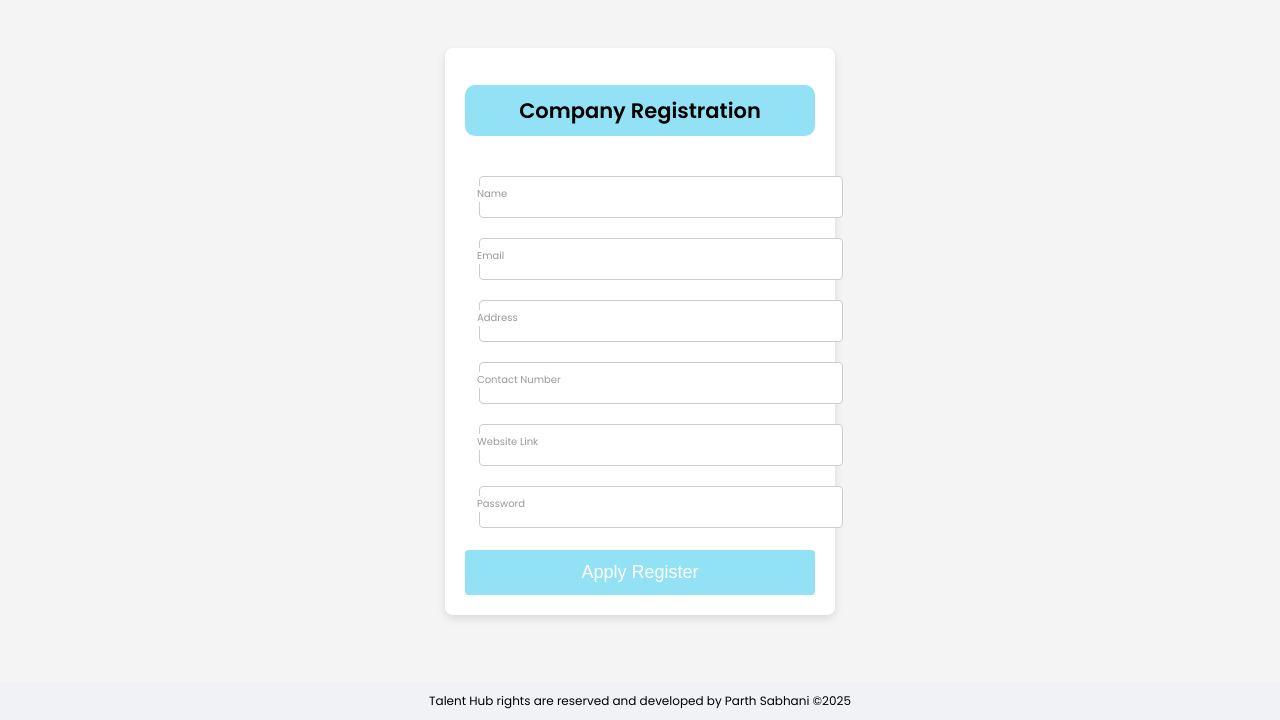
Repository: parthsabhani/Job_Portal_JSP_Servlet
Page: http://localhost/Job_Portal/companyRegistration.jsp
The author's editor kept a copy of each file at every save. The page is drawn from the files as they stood at one save, then again after the next save.
The browser window is 1280 px wide. The pictures show the whole page.
The page is served by Tomcat 10. Other server files are loaded and not shown.

Above is the page before, as saved 2025-04-23 04:09:54.

### Job_Portal/src/main/webapp/companyRegistration.jsp
<%@ page language="java" contentType="text/html; charset=UTF-8"
	pageEncoding="UTF-8"%>
<!DOCTYPE html>
<html lang="en">
<head>
<meta charset="UTF-8">
<meta name="viewport" content="width=device-width, initial-scale=1.0">
<title>Company Registration</title>

<!-- Import Poppins font -->
<link
	href="https://fonts.googleapis.com/css2?family=Poppins:wght@400;600&display=swap"
	rel="stylesheet">

<!-- Internal CSS -->
<style>
body {
	font-family: 'Poppins', sans-serif;
	background-color: #f4f4f4;
	display: flex;
	justify-content: center;
	align-items: center;
	height: 100%;
}

.registration-container {
	background-color: white;
	padding: 20px;
	margin: 40px;
	border-radius: 8px;
	box-shadow: 0 4px 8px rgba(0, 0, 0, 0.1);
	width: 100%;
	font-size: 14px;
	max-width: 350px;
}

h2 {
	text-align: center;
	background-color: #93e1f5;
	padding: 10px;
	border-radius: 10px;
	margin-bottom: 40px;
}

h2:hover {
	color: white;
}

form {
	display: flex;
	flex-direction: column;
}

.input-container {
	position: relative;
	margin-bottom: 20px;
}

input {
	padding: 12px 6px;
	margin: 0px 14px;
	border: 1px solid #ccc;
	border-radius: 4px;
	font-size: 14px;
	width: 100%;
	background-color: #fff; /* Keep the input background white */
	z-index: 1; /* Ensure the input stays behind the label */
}

input:focus {
	border-color: #4d90fe;
	outline: none;
}

/* Floating label */
input:focus+label, input:not(:placeholder-shown)+label {
	font-size: 14px;
	color: #4d90fe;
	top: -9px; /* Adjusted to align with the upper edge of the text */
}

label {
	position: absolute;
	top: 10px; /* Slightly adjusted to align with the text */
	left: 8px;
	font-size: 10px;
	transition: all 0.2s ease;
	color: #999;
	pointer-events: none;
	z-index: 2; /* Ensure the label stays above the input */
	background-color: #fff; /* To avoid background showing through */
	padding: 0 4px;
}

.submit-btn {
	background-color: #93e1f5;
	color: white;
	padding: 12px;
	border: none;
	border-radius: 4px;
	font-size: 18px;
	cursor: pointer;
}

.submit-btn:hover {
	background-color: #71d5f0;
	color: black;
	border: 2px solid black;
}

.error {
	color: red;
	font-size: 14px;
	margin-top: -10px;
	text-align: center;
	margin-bottom: 12px;
	text-align: center;
}

</style>
</head>
<body>

	<div class="registration-container">
		<h2>Company Registration</h2>
		<form action="CompanyController" method="post" id="registrationForm">

			<!-- Full Name Field -->
			<div class="input-container">
				<input type="text" id="name" name="name" placeholder=" " required>
				<label for="name">Name</label>
			</div>

			<!-- Email Field -->
			<div class="input-container">
				<input type="email" id="email" name="email" placeholder=" " required>
				<label for="email">Email</label>
			</div>

			<!-- Address Field -->
			<div class="input-container">
				<input type="text" id="address" name="address" placeholder=" ">
				<label for="address">Address</label>
			</div>

			<!-- Phone Number Field -->
			<div class="input-container">
				<input type="tel" id="phone" name="phone" placeholder=" " required>
				<label for="phone">Contact Number</label>
			</div>

			<!-- Web site Field -->
			<div class="input-container">
				<input type="text" id="website" name="website" placeholder=" ">
				<label for="website">Website Link</label>
			</div>

			<!-- Password Field -->
			<div class="input-container">
				<input type="password" id="password" name="password" placeholder=" "
					required> <label for="password">Password</label>
			</div>

			<div id="errorMessages" class="error">${ error }</div>

			<button type="submit" class="submit-btn" name="value" value="register">Apply Register</button>

		</form>
	</div>


	<!-- Footer Start -->
	<%
    	request.setAttribute("footerStyle", "position: fixed; bottom: 0; width: 100%; padding: 10px 0; background-color: #f0f2f5; color: #000000; text-align: center; font-size: 12px; font-family: 'Poppins', sans-serif;");
	%>
	<jsp:include page="footer.jsp" />
	<!-- Footer End -->
</body>
</html>

### Job_Portal/src/main/webapp/footer.jsp
<%@ page language="java" contentType="text/html; charset=UTF-8"
    pageEncoding="UTF-8"%>
<!DOCTYPE html>
<html>
<head>
<meta charset="UTF-8">
<title>Insert title here</title>
</head>
<body>
<%
    String footerStyle = (String) request.getAttribute("footerStyle");
    if (footerStyle == null) {
        footerStyle = "position: fixed; bottom: 0; width: 100%; padding: 8px 0; background-color: #000; color: white; text-align: center; font-size: 12px; font-family: 'Poppins', sans-serif;";
    }
%>
<footer style="<%= footerStyle %>">
    Talent Hub rights are reserved and developed by Parth Sabhani ©2025
</footer>
</body>
</html>

After the next save:
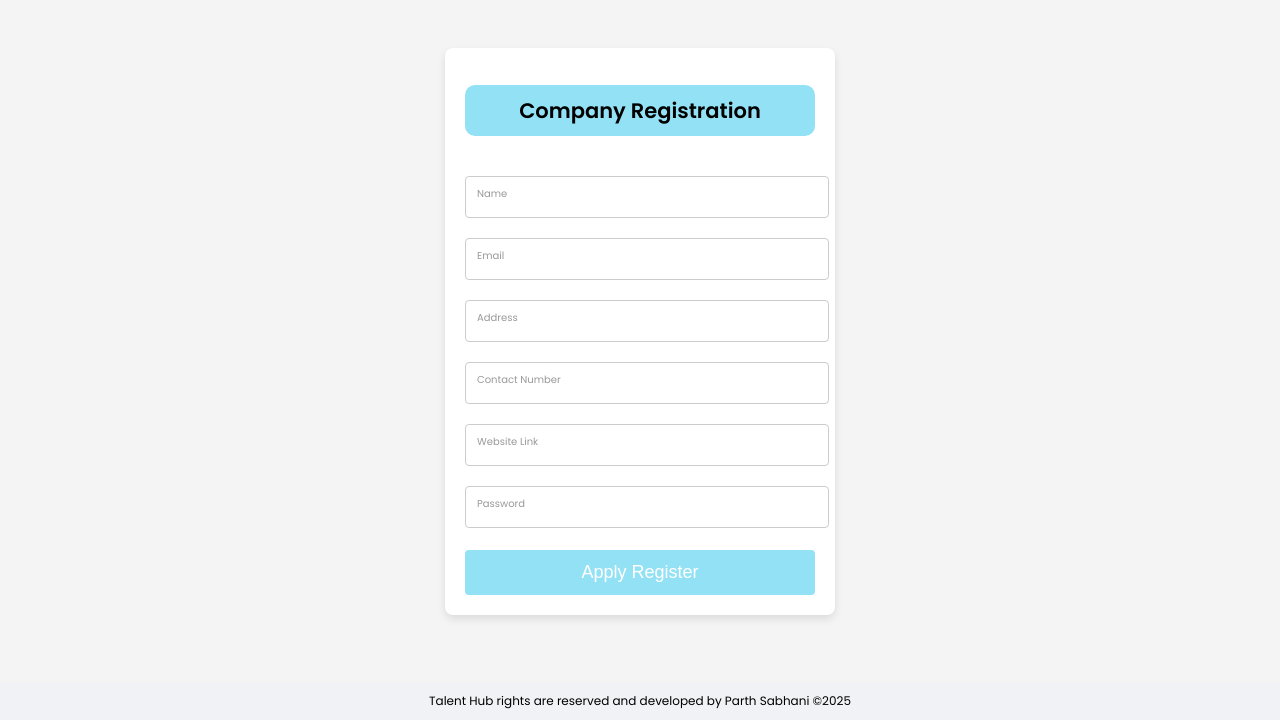
Saved 16 s later.
--- a/Job_Portal/src/main/webapp/companyRegistration.jsp
+++ b/Job_Portal/src/main/webapp/companyRegistration.jsp
@@ -58,7 +58,7 @@ form {
 
 input {
 	padding: 12px 6px;
-	margin: 0px 14px;
+	margin: 0px;
 	border: 1px solid #ccc;
 	border-radius: 4px;
 	font-size: 14px;
